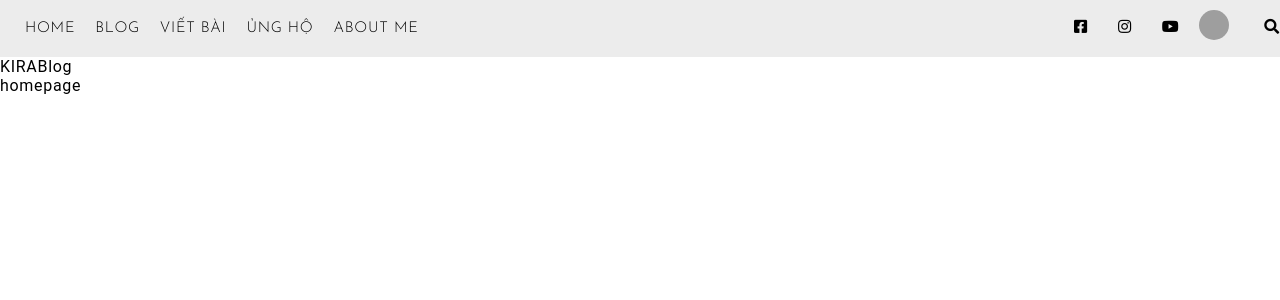
Repository: DTien93/blog-meanstack
Page: / (app in my-app/)
The author's editor kept a copy of each file at every save. The page is drawn from the files as they stood at one save, then again after the next save.
The browser window is 1280 px wide. The pictures show the whole page.
Pictures or frames that could not be fetched are drawn as grey boxes. Some web libraries are served in a nearby version. The project was rebuilt for these pictures with package versions that can differ from the ones it lists, and the page was loaded fresh each time. Also part of the build but not shown: my-app/src/components/pages/home.css.

Above is the page before, as saved 2021-08-21 15:40:30.

### my-app/public/index.html
<!DOCTYPE html>
<html lang="en">
  <head>
    <meta charset="utf-8" />
    <link rel="icon" href="%PUBLIC_URL%/favicon.ico" />
    <link rel="preconnect" href="https://fonts.googleapis.com">
    <link rel="preconnect" href="https://fonts.gstatic.com" crossorigin>
    <link href="https://fonts.googleapis.com/css2?family=Josefin+Sans:ital,wght@0,100;0,200;0,300;1,100;1,200;1,300&family=Josefin+Slab:ital,wght@0,100;1,100&family=Varela&family=Varela+Round&display=swap" rel="stylesheet">
    <link rel="stylesheet" href="https://pro.fontawesome.com/releases/v5.10.0/css/all.css" integrity="sha384-AYmEC3Yw5cVb3ZcuHtOA93w35dYTsvhLPVnYs9eStHfGJvOvKxVfELGroGkvsg+p" crossorigin="anonymous"/>
    <meta name="viewport" content="width=device-width, initial-scale=1" />
    <meta name="theme-color" content="#000000" />
    <meta
      name="description"
      content="Web site created using create-react-app"
    />
    <link rel="apple-touch-icon" href="%PUBLIC_URL%/logo192.png" />
    <link rel="manifest" href="%PUBLIC_URL%/manifest.json" />
    <title>React App</title>
  </head>
  <body>
    <noscript>You need to enable JavaScript to run this app.</noscript>
    <div id="root"></div>
  </body>
</html>

### my-app/src/index.js
import React from 'react'
import ReactDOM from 'react-dom'
import App from './App'

import './css/index.css'

ReactDOM.render(
  <React.StrictMode>
    <App />
  </React.StrictMode>,
  document.getElementById('root')
);

### my-app/src/App.js
import React from 'react'

// Components
import TopBar from './components/TopBar'
import Home from './components/pages/Home'

// css
import './css/index.css'


function App() {
  return (
    <>
      <TopBar />
      <Home />
    </>
  );
}

export default App;

### my-app/src/css/index.css
:root {
    --main-bg: #fff;

    --main-header: #ececec;
    --second-header: #999;

    --txt-color: #000;
    --main-color: #252525;
    --second-color: #d3b062;

    --border-color: #000;
    --border-main:#d3b062;

    --main-color: #000;
    --main-second: #d3b062;

    --main-size: 15px;
    --second-size: 20px;
}

* {
    padding: 0;
    margin: 0;
    box-sizing: border-box;
    -webkit-tap-highlight-color: transparent;
}

body {
    font-family: "Roboto", sans-serif;
    -webkit-font-smoothing: antialiased;
    -moz-osx-font-smoothing: grayscale;
    letter-spacing: 0.7px;
}

a {
    text-decoration: none;
    color: unset;
}

a:hover {
    color: var(--main-second);
}

ul {
    list-style-type: none;
}

input {
    border: 2px solid transparent;
    outline: 0;
}

li {
    text-decoration: none;
    list-style-type: none;
}

### my-app/src/components/TopBar/index.jsx
import React from 'react'

import '../TopBar/topbar.css'


export default function TopBar() {
    return (

        <div className="top">
            <div className="top__left">
                <li className="top__left-item  item-active">Home</li>
                <li className="top__left-item">Blog</li>
                <li className="top__left-item">Viết bài</li>
                <li className="top__left-item">ủng hộ</li>
                <li className="top__left-item">About me</li>
            </div>

            <div className="top__right">
                <li className="top__right-item"><i className="fab fa-facebook-square"></i></li>
                <li className="top__right-item"><i className="fab fa-instagram"></i></li>
                <li className="top__right-item"><i className="fab fa-youtube"></i></li>
                <img className="top__right-img" src="https://media.thieunien.vn/thumb//uploads/2021/08/09/jisoo-blackpink-di-dong-phim-nhung-co-thanh-vien-nay-lai-duoc-khen-ve-dien-xuat-nhieu-hon_24560.jpg" alt="" />
                <li className="top__right-item top__search-icon"><i class="fas fa-search"></i></li>
            </div>
            </div>
    )
}

### my-app/src/components/pages/Home.jsx
import React from 'react'

import Header from '../Header'

import '../pages/home.css'

export default function Home() {
    return (
        <div className="home">
            <Header />
            homepage
        </div>
    )
}

### my-app/src/components/TopBar/TopBar.css
.top {
    width: 100%;
    height: 57px;
    background-color: var(--main-header);
    position: sticky;
    top: 0;
    display: flex;
    align-items: center;
    font-family: 'Josefin Sans', sans-serif;
}

.top__left{
    flex: 9;
    display: flex;
    line-height: 57px;
    padding: 0 15px;
    text-transform: uppercase;
}

.top__left-item {
    margin: 0 10px;
    color: var(--main-color);
    cursor: pointer;
    font-size: 15px;
}

.top__left-item item-active {
    color: var(--second-color);
}

.top__left-item:hover {
    color: var(--second-color);
}

.top__right {
    flex: 2;
    display: flex;
    line-height: 57px;
}

.top__right-item {
  font-size: var(--main-size);
  margin-left: 30px;
  color: var(--main-color);
  cursor: pointer;
  font-size: var(--main-size);
}

.top__right-img {
    margin: 10px 20px;
    width: 30px;
    height: 30px;
    margin-top: 10px;
    border-radius:  50%;
    object-fit: over;
}

.top__search-icon {
    font-size: var(--main-size);
    color: var(--main-color);
    cursor: pointer;
    margin-left: var(--main-size);
}

### my-app/src/components/Header/index.jsx
import React from 'react'

export default function Header() {
    return (
        <div className="header">
            <div className="header__titles">
                <span className="header__titles-heading">KIRA</span>
                <span className="header__titles-heading">Blog</span>
            </div>
        </div>
    )
}

Loaded but not shown: my-app/src/components/pages/home.css (no copy from this time; the picture is the same without it)

After the next save:
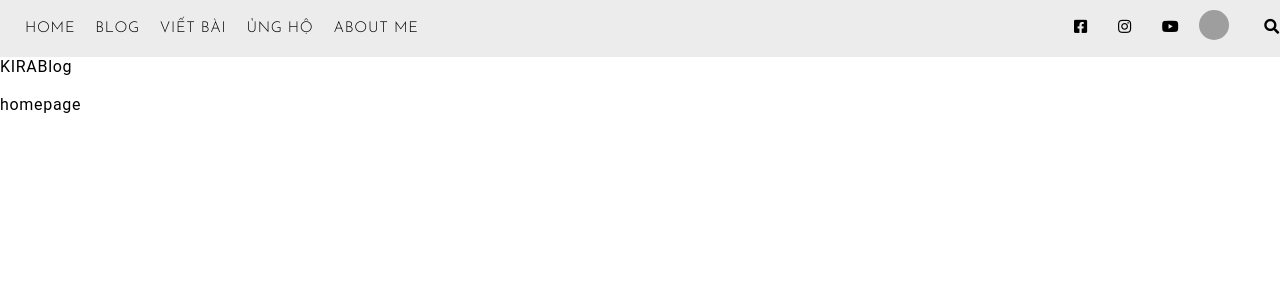
Saved 30 s later.
--- a/my-app/src/components/Header/index.jsx
+++ b/my-app/src/components/Header/index.jsx
@@ -7,6 +7,7 @@
                 <span className="header__titles-heading">KIRA</span>
                 <span className="header__titles-heading">Blog</span>
             </div>
+            <img className></img>
         </div>
     )
 }
